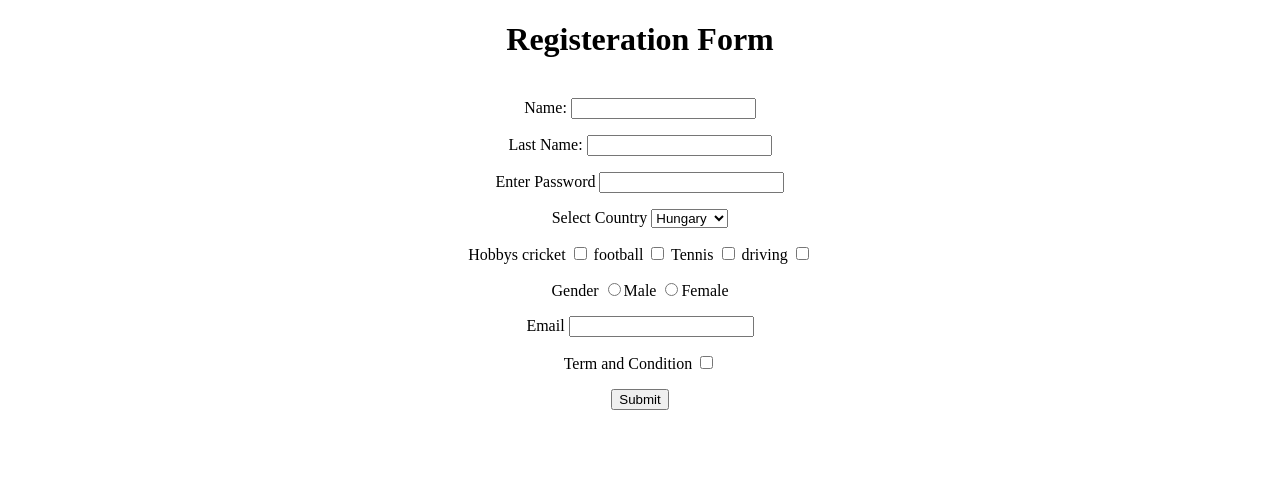
Repository: DevKhanHassam/SpringMvc
Page: http://localhost/formPractice/WEB-INF/views/form.jsp
These files come from the project's save history. The page is drawn as it stood at one moment and after the next save; the edit follows.
The browser window is 1280 px wide. The pictures show the whole page.
The page is served by Tomcat 9. Nobody is signed in. The template is opened directly, without the code that normally fills it, so the values that code supplies are empty.

Above is the page before, as saved 2024-05-18 16:59:31.

After the next save:
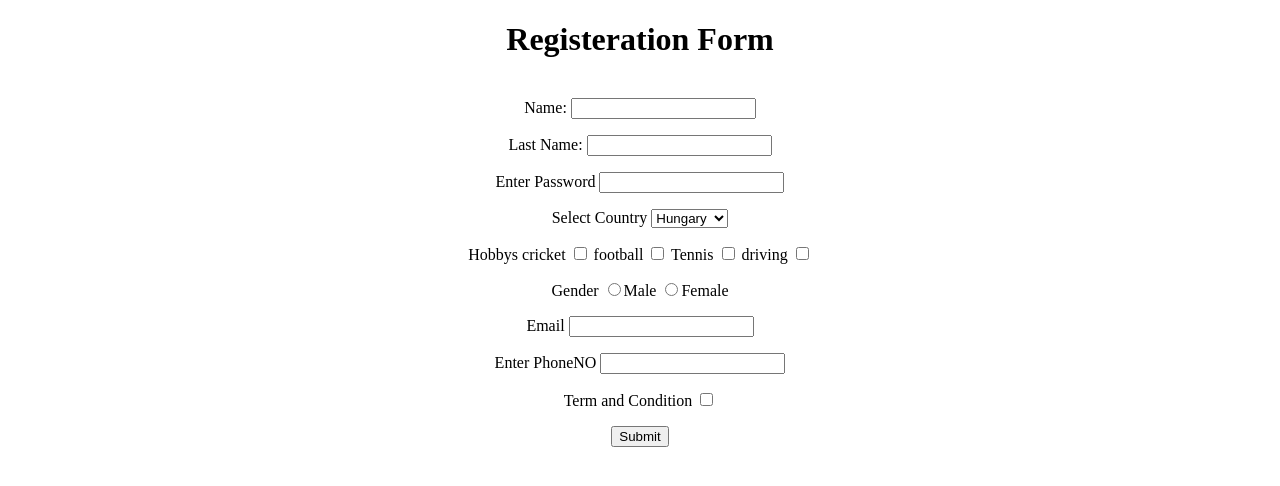
Saved 54 s later.
--- a/formPractice/src/main/webapp/WEB-INF/views/form.jsp
+++ b/formPractice/src/main/webapp/WEB-INF/views/form.jsp
@@ -77,6 +77,11 @@
 		      <form:input path="commDto.email"/>
 
 
+		      <p></p>
+
+		      <label>Enter PhoneNO</label>
+		      <form:input path="commDto.Phone"/>
+
 		      <p>
 		      <label for="termAndConditon">Term and Condition</label>
 		      <form:checkbox  id="termAndConditon" path="termAndConditon"/>
